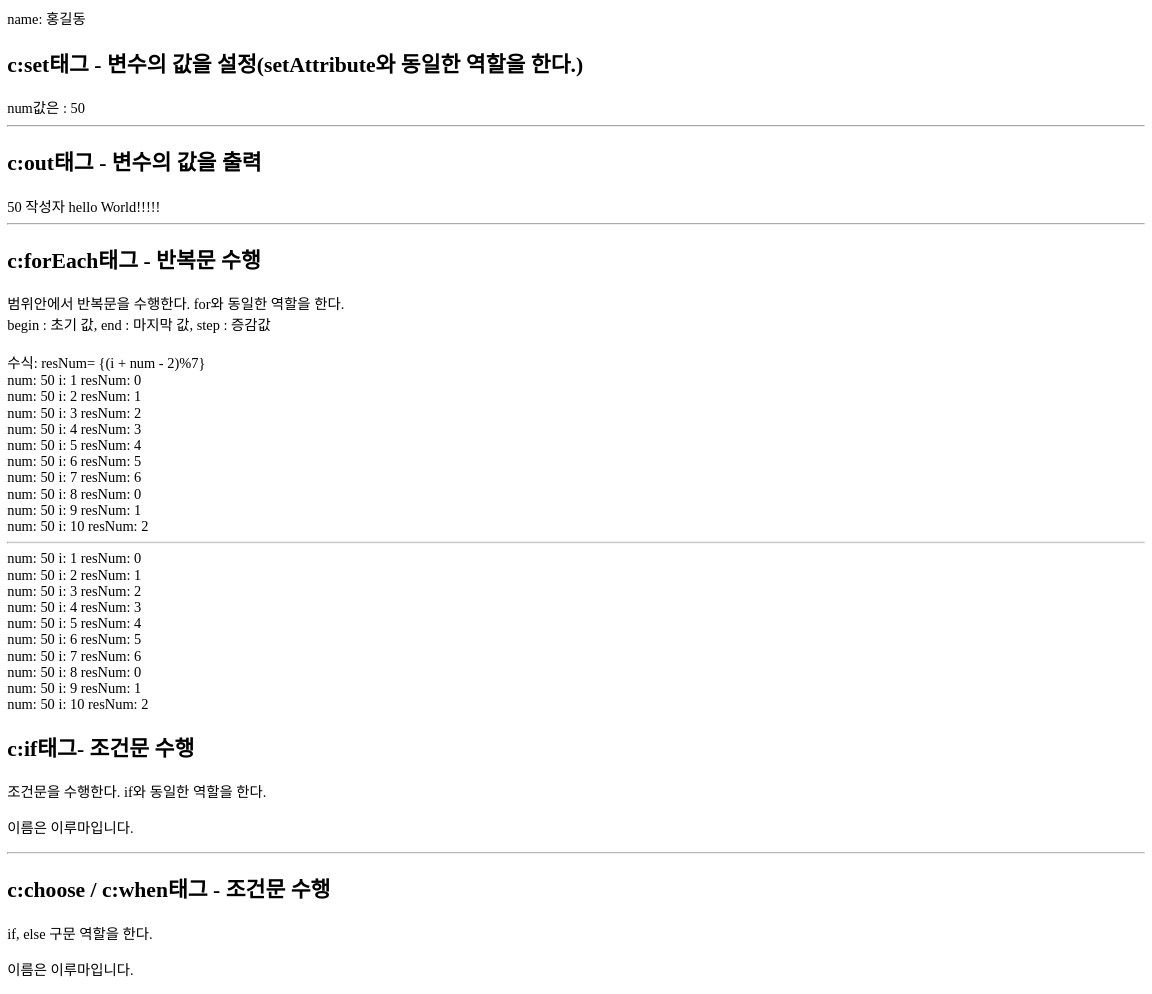
Repository: zhyuk/FullStackStudy
Page: http://localhost/jsptwo/13_03_jstl_core.jsp
These files come from the project's save history. The page is drawn as it stood at one moment and after the next save; the edit follows.
The browser window is 1280 px wide. The pictures show the whole page, at 90% of full size.
The page is served by Tomcat 9. Other server files are loaded and not shown.

Above is the page before, as saved 2024-08-30 07:58:19.

### jsp/jspwork/jsptwo/src/main/webapp/13_03_jstl_core.jsp
<%@ page language="java" contentType="text/html; charset=UTF-8"
    pageEncoding="UTF-8"%>
<%@ taglib prefix="c" uri="http://java.sun.com/jsp/jstl/core" %>
<!DOCTYPE html>
<html>
<head>
<meta charset="UTF-8">
<title>core 태그</title>
<%
// 가장 좁은 범위, 가장 높은 우선순위
pageContext.setAttribute("name", "홍길동");
request.setAttribute("name", "고희동");
session.setAttribute("name", "둘리");
// 가장 넓은 범위, 가장 낮은 우선순위
application.setAttribute("name", "마이콜");
%>
</head>
<body>
	<%--
	${} : EL 표기법.
	우선순위가 가장 높은 "홍길동" 적용.
	--%>

	name: ${name}<br>
	<!-- c:out을 사용하는 이유 : 보안. [참고] https://2ham-s.tistory.com/274 -->

	<h2>c:set태그 - 변수의 값을 설정(setAttribute와 동일한 역할을 한다.)</h2>
	<!-- var="변수명" : 변수 생성, value="값" : 해당 변수의 값을 설정 -->
	<c:set var="num" value="50"/>
<%-- <c:set var="num">50</c:set> <!-- 속성에 value값 기술하지 않으면 시작태그와 종료태그 사이에 작성된 텍스트가 값이 됨.--> --%>
<%-- <c:set var="num" value="50" scope="page"/> <!-- scope="" : 변수의 범위를 지정할 수 있음. --> --%>
	num값은 : ${num}<br><hr>

	<h2>c:out태그 - 변수의 값을 출력</h2>
	<!-- default="0" : 기본값 설정. num 변수에 값이 없으면 0 출력됨 -->
	<c:out value="${num}" default="0"/>
	<c:out value="작성자" default="admin"/>
	<c:out value="hello World!!!!!"/><br><hr>

	<h2>c:forEach태그 - 반복문 수행</h2>
	범위안에서 반복문을 수행한다. for와 동일한 역할을 한다.<br>
	begin : 초기 값, end : 마지막 값, step : 증감값<br><br>

	<c:out value="수식: resNum= {(i + num - 2)%7}"/><br>

	<c:forEach var="i" begin="1" end="10" step="1">
		<c:set var="resNum" value="${(i + num - 2)%7}"/>
		<c:out value="num: ${num}"/>
		<c:out value="i: ${i}"/>
		<c:out value="resNum: ${resNum}"/><br>
	</c:forEach><hr>

	<table>
	<c:forEach var="i" begin="1" end="10" step="1">
		<c:set var="resNum" value="${(i + num - 2)%7}"/>
		<c:out value="num: ${num}"/>
		<c:out value="i: ${i}"/>
		<c:out value="resNum: ${resNum}"/><br>
	</c:forEach>
	</table>

	<h2>c:if태그- 조건문 수행</h2>
	조건문을 수행한다. if와 동일한 역할을 한다.<br>
	<jsp:useBean id="memberBean" class="com.dto.MemberBean"/>
	<c:if test="${memberBean.name eq '이루마'}">
		<p>이름은 ${memberBean.name}입니다.</p>
	</c:if><hr>

	<h2>c:choose / c:when태그 - 조건문 수행</h2>
	if, else 구문 역할을 한다.<br>
	<c:choose>
		<c:when test="${memberBean.name eq '고길동'}">
			<p>이름은 ${memberBean.name}입니다.</p>
		</c:when>
		<c:when test="${memberBean.name eq '홍길순'}">
			<p>이름은 ${memberBean.name}입니다.</p>
		</c:when>
		<c:otherwise>
			<p>이름은 ${memberBean.name}입니다.</p>
		</c:otherwise>
	</c:choose>

	<!-- 참고사이트: https://yunamom.tistory.com/179 -->
</body>
</html>

### jsp/jspwork/jsptwo/src/main/java/com/dto/MemberBean.java
package com.dto;

public class MemberBean {
	private int id = 5;
	private String name = "이루마";
	private String[] hobby = new String[3];

	public MemberBean() {}

	public int getId() {
		return id;
	}

	public void setId(int id) {
		this.id = id;
	}

	public String getName() {
		return name;
	}

	public void setName(String name) {
		this.name = name;
	}

	public String[] getHobby() {
		return hobby;
	}

	public void setHobby(String[] hobby) {
		this.hobby = hobby;
	}

}

After the next save:
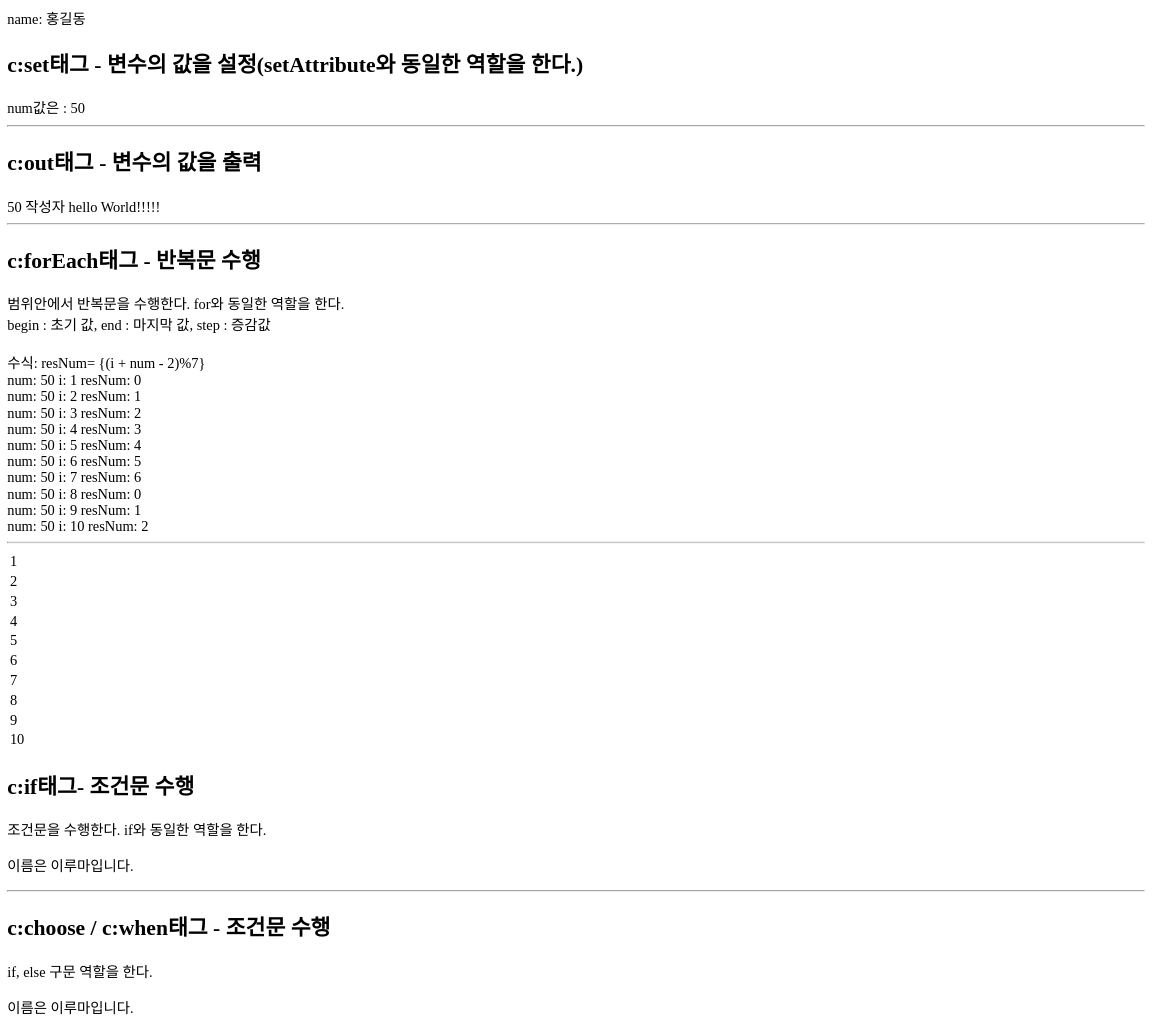
Saved 25 s later.
--- a/jsp/jspwork/jsptwo/src/main/webapp/13_03_jstl_core.jsp
+++ b/jsp/jspwork/jsptwo/src/main/webapp/13_03_jstl_core.jsp
@@ -52,10 +52,7 @@ application.setAttribute("name", "마이콜");
 
 	<table>
 	<c:forEach var="i" begin="1" end="10" step="1">
-		<c:set var="resNum" value="${(i + num - 2)%7}"/>
-		<c:out value="num: ${num}"/>
-		<c:out value="i: ${i}"/>
-		<c:out value="resNum: ${resNum}"/><br>
+		<tr><td>${i}</td></tr>
 	</c:forEach>
 	</table>
 
